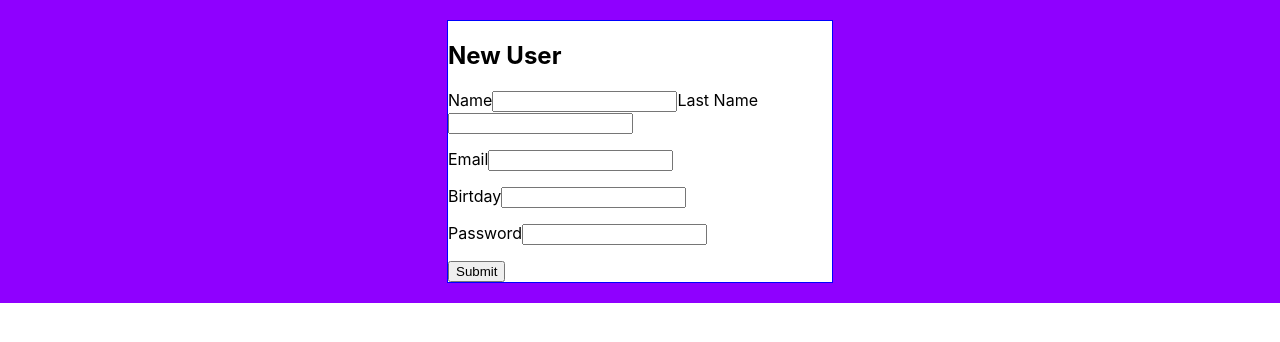
Repository: RobertAries28/CrudUsuarios
Page: /
The author's editor kept a copy of each file at every save. The page is drawn from the files as they stood at one save, then again after the next save.
The browser window is 1280 px wide. The pictures show the whole page.
The page's requests for data from a server got no answer. The project was rebuilt for these pictures with package versions that can differ from the ones it lists, and the page was loaded fresh each time. No one was signed in, and anything a server would have sent is missing.

Above is the page before, as saved 2022-05-23 19:03:40.

After the next save:
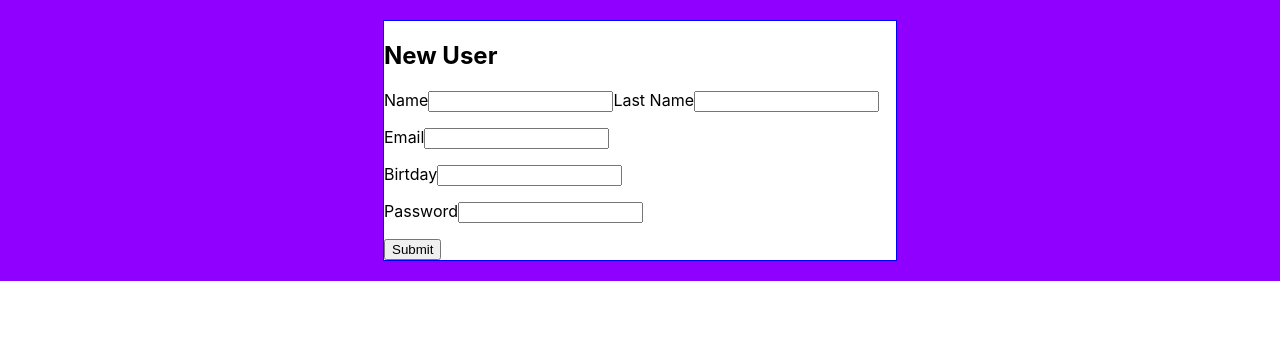
Saved 12 s later.
--- a/src/App.css
+++ b/src/App.css
@@ -29,7 +29,7 @@ ul{
   border: 1px solid blue;
   background: white;
   margin: auto;
-  width: 30%;
+  width: 40%;
 }
 
 
